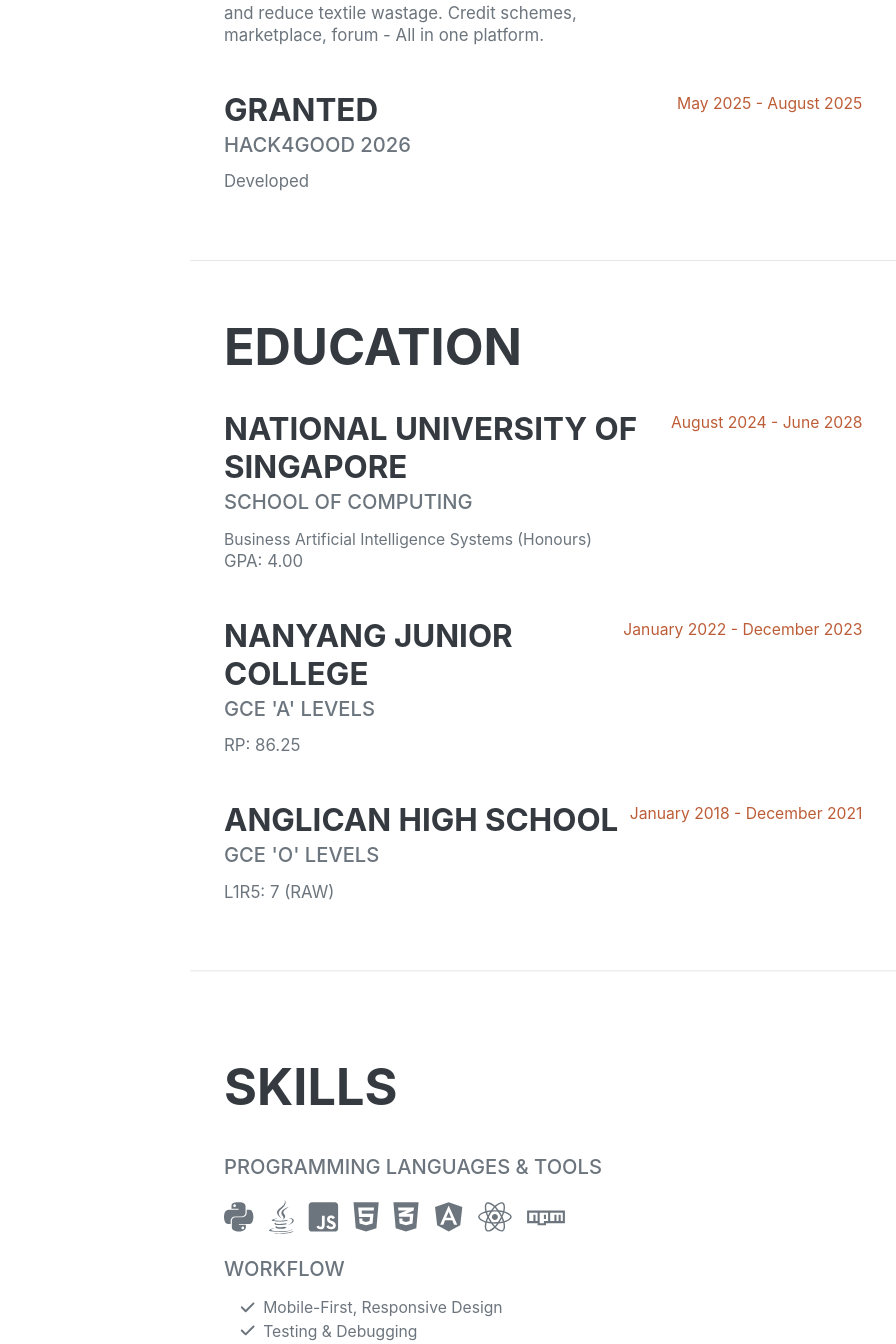
Repository: cheryl9/portfolio
Page: index.html
An editor plug-in stored every save of this project. The page is shown before and after the next save, followed by the edit.
The browser window is 1280 px wide. The pictures show the part of the page from y = 1368 to 3288 px (the page is 3477 px tall before and 3509 px after), at 70% of full size.
Some web fonts or font styles are not loaded; a fallback is used. Some web libraries are served in a nearby version.

Above is the page before, as saved 2026-01-30 01:37:34.

After the next save:
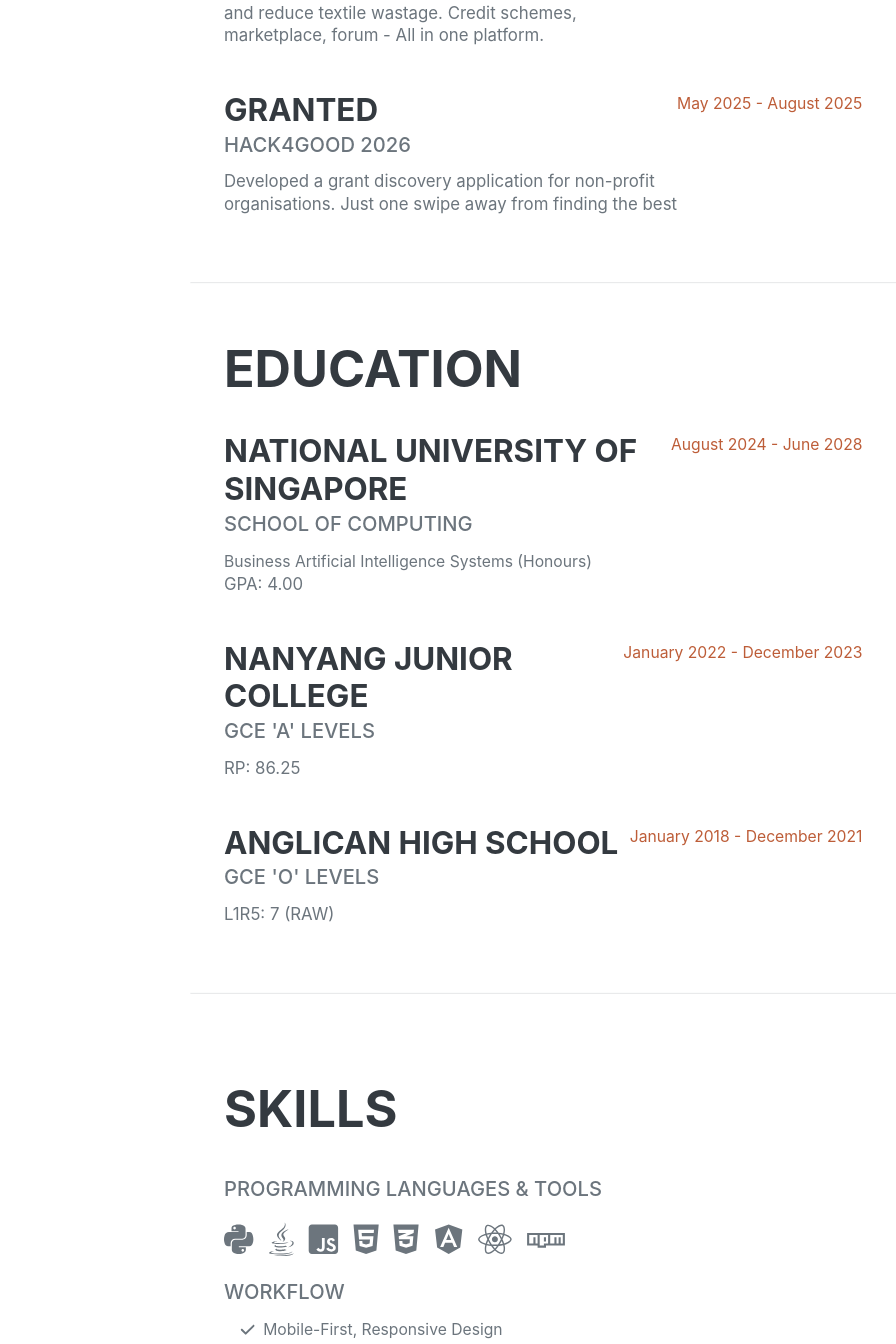
Saved 20 s later.
--- a/index.html
+++ b/index.html
@@ -76,7 +76,7 @@
                         <div class="flex-grow-1">
                             <h3 class="mb-0">Granted</h3>
                             <div class="subheading mb-3">Hack4Good 2026</div>
-                            <p>Developed </p>
+                            <p>Developed a grant discovery application for non-profit organisations. Just one swipe away from finding the best </p>
                         </div>
                         <div class="flex-shrink-0"><span class="text-primary">May 2025 - August 2025</span></div>
                     </div>
